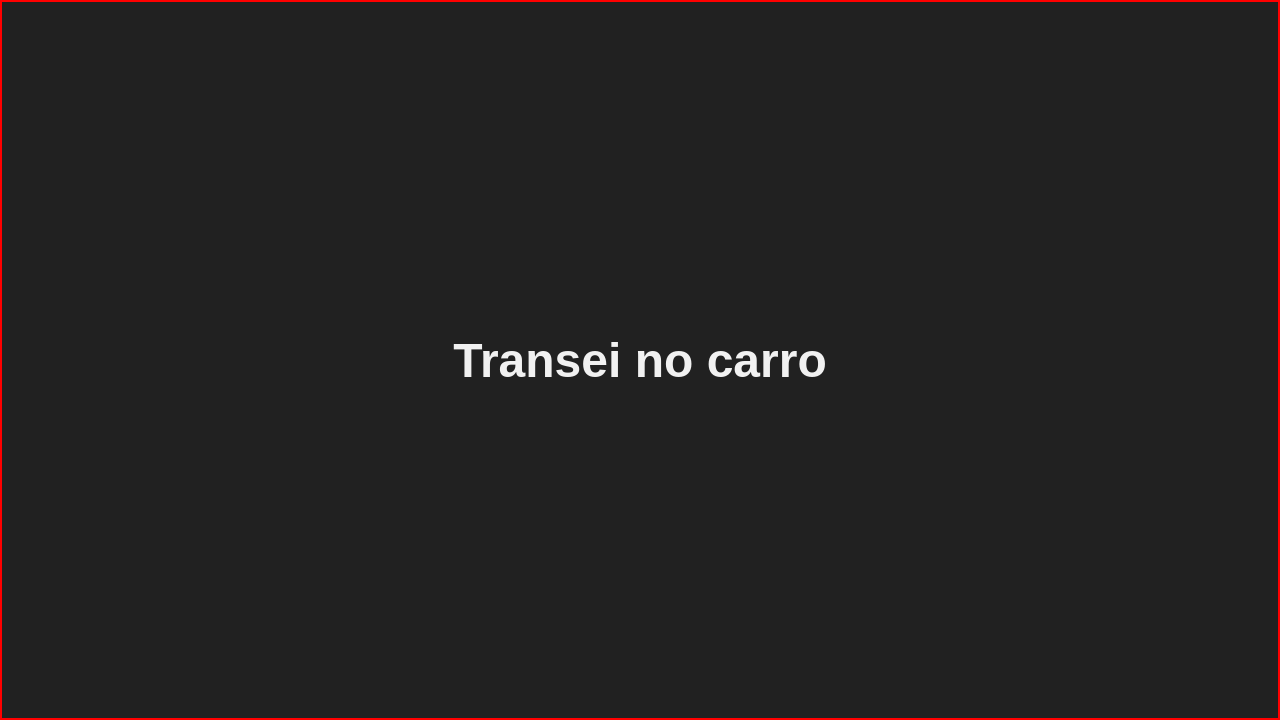
Repository: odiloalmeida/inever
Page: index.html
The author's editor kept a copy of each file at every save. The page is drawn from the files as they stood at one save, then again after the next save.
The browser window is 1280 px wide. The pictures show the whole page.
After loading, the first visible `#myButton` was clicked once.

Above is the page before, as saved 2023-01-31 20:24:39.

After the next save:
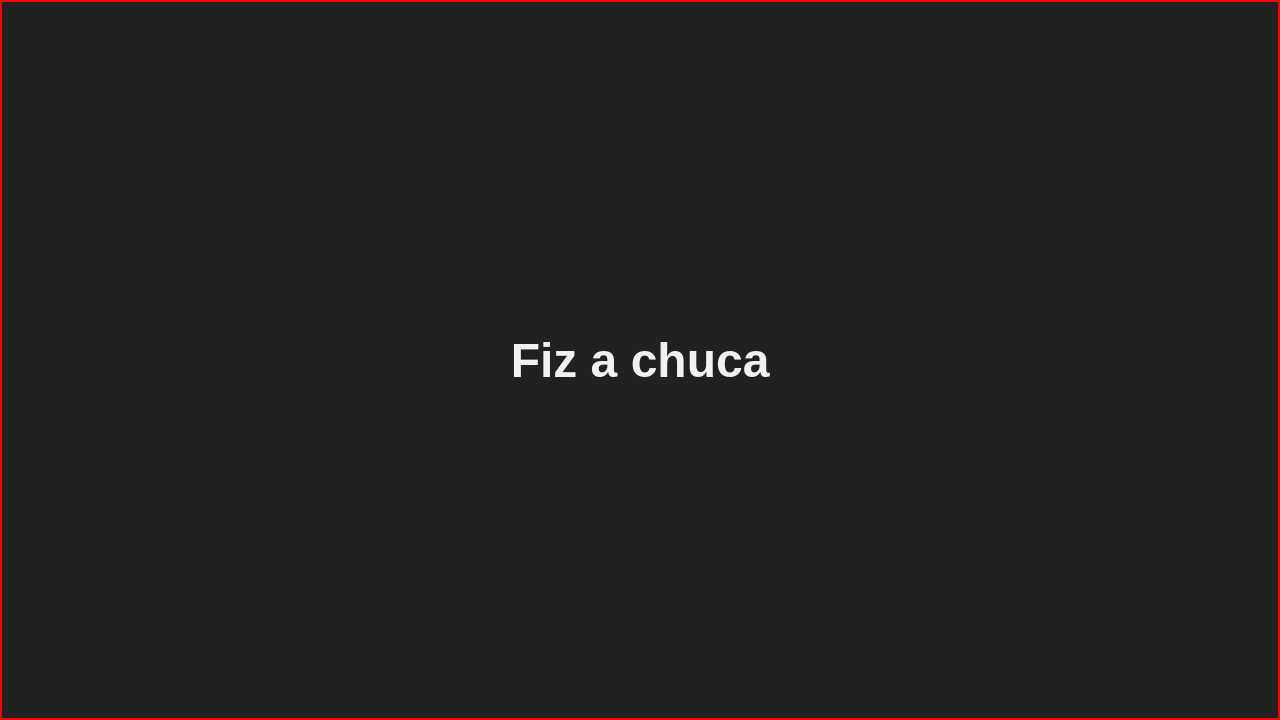
Saved 96 s later.
--- a/index.html
+++ b/index.html
@@ -51,7 +51,17 @@
         "Fiz a chuca",
         "Transei na rua",
         "Paguei por sexo",
-        "Fiz sexo por dinheiro"
+        "Fiz sexo por dinheiro",
+        "Dei um beijo triplo",
+        "Voltaria com um ex",
+        "Fiquei com uma pessoa em um lugar e logo em seguida fui para outro lugar ficar com outra (trocar palavras)",
+        "Tirei fotos pelado(a)",
+        "Fiquei com alguém para fazer ciúme a outro",
+        "Sofri por amor",
+        "Sofri por ficante",
+        "Espiei alguém tomando banho",
+        "Tomei banho com alguém",
+        "Enfiei o dedo no orifício de alguém (kkkk)"
 
         ];
 
